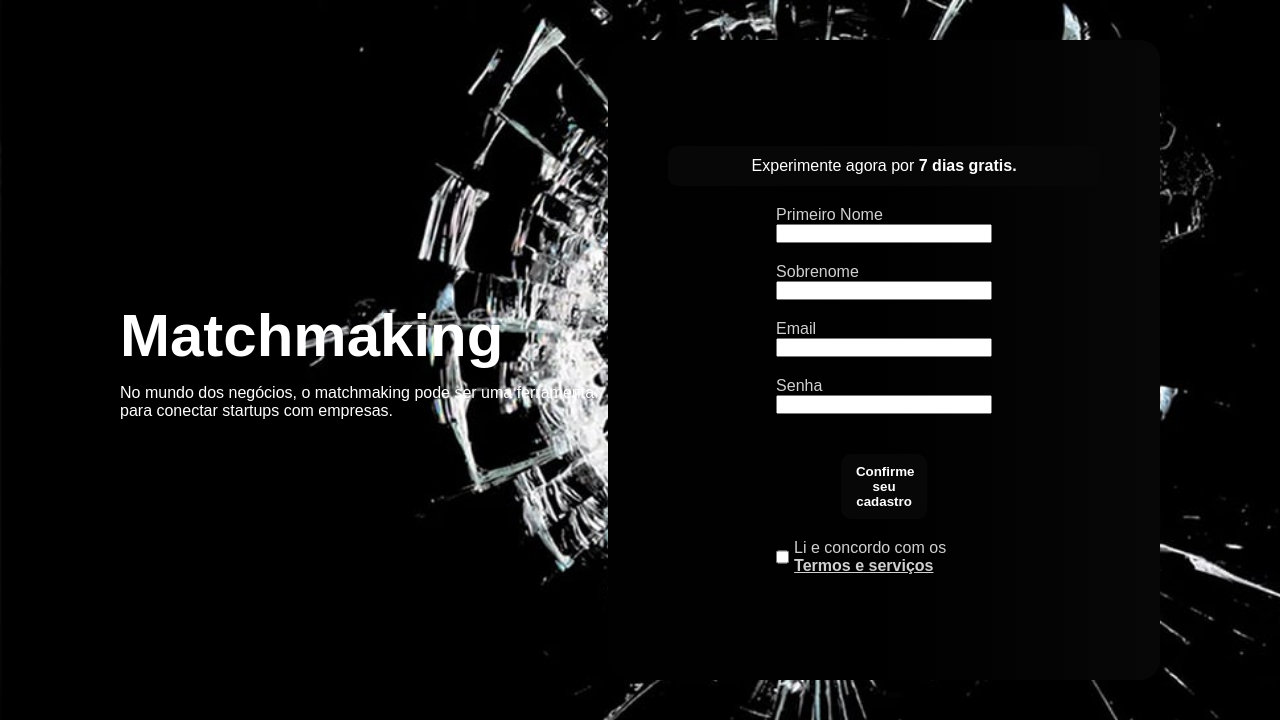
Repository: analessp/tela-login
Page: index.html
These files come from the project's save history. The page is drawn as it stood at one moment and after a run of saves; the edit follows.
The browser window is 1280 px wide. The pictures show the whole page.
Some web fonts or font styles are not loaded; a fallback is used.

Above is the page before, as saved 2025-04-16 12:06:23.

### index.html
<!DOCTYPE html>
<html lang="pt-br">
  <head>
    <meta charset="UTF-8" />
    <meta name="viewport" content="width=device-width, initial-scale=1.0" />
    <title>Tela de Login</title>
    <link rel="stylesheet" href="style.css" />
    <link rel="preconnect" href="https://fonts.googleapis.com" />
    <link rel="preconnect" href="https://fonts.gstatic.com" crossorigin />
    <link href="https://fonts.googleapis.com/css2?family=Nunito:ital,wght@0,200..1000;1,200..1000&family=Special+Gothic&display=swap" rel="stylesheet" />
  </head>
  <body>
    <main>
      <div class="container-left">
        <h1>Matchmaking</h1>
        <p>No mundo dos negócios, o matchmaking pode ser uma ferramenta para conectar startups com empresas.</p>
      </div>
      <div class="container-right">
        <a href="#" class="teste-gratis">
          <p>Experimente agora por <b>7 dias gratis.</b></p>
        </a>
        <div class="forms">
          <form>

            <div class="forms__info">
              <label for="name">
                <p>Primeiro Nome</p>
                <input id="name" type="text" />
              </label>
            </div>
            <div>
                <label for="lastname">
                    <p>Sobrenome</p>
                    <input id="lastname" type="text" />
                </label>
            </div>

            <div>
                <label for="email">
                    <p>Email</p>
                    <input id="email" type="email" />
                </label>
            </div>

            <div>
                <label for="password">
                    <p>Senha</p>
                    <input id="password" type="password" />
                </label>
            </div>

            <button type="submit">
                <p>Confirme seu cadastro</p>
            </button>
            <div class="terms">
                <input type="checkbox">
                <p>
                    Li e concordo com os <a href="#">Termos e serviços</a>
                </p>
            </div>
          </form>
        </div>
      </div>
    </main
  </body>
</html>

### style.css
* {
    margin: 0;
    padding: 0;
    box-sizing: border-box;
    width: 100%;
    font-family: "Special Gothic", sans-serif;
}

main {
    display: flex;
    background-image: url("./assets/background.jpg");
    background-repeat: no-repeat center center;
    background-size: cover;
    display: flex;
    height: 100vh;
    z-index: 0;
    padding: 40px 120px;
}

&::after {
    content: "";
    background: #1e130c;
    position: absolute;
    top: 0;
    left: 0;
    opacity: 0.9;
    width: 100%;
    height: 100%;
    z-index: -1;
}

.container-left {
    color: white;
    display: flex;
    justify-content: center;
    flex-direction: column;
    gap: 14px;
}

.container-left h1 {
    font-size: 60px;

    &:hover::after{
        cursor: pointer;
        content: "";
        position: absolute;
        bottom: 350px;
        left: 120px;
        background-color: #d0d0d0;
        height: 4px;
        width: 420px;
        transition-duration: 800ms;
        animation-name: left-to-right;
        animation-duration: 620ms;
        animation-iteration-count: 1;
        }
}

.container-right {
    background: #080707;
    background: linear-gradient(90deg, rgb(1, 1, 1) 0%, rgb(0, 0, 0) 50%, rgba(8, 7, 7, 1) 100%);
    display: flex;
    flex-direction: column;
    justify-content: center;
    align-items: center;
    padding: 0 60px;
    border-radius: 20px;
}

.teste-gratis {
    display: flex;
    justify-content: center;
    align-items: center;
    text-align: center;
    width: 100%;
    max-width: 460px;
    height: 40px;
    background-color: #080707;
    text-decoration: none;
    color: white;
    border-radius: 10px;
    margin-bottom: 20px;

    &:hover {
        transform: scale(1.1);
    }
}

.teste-gratis p{
text-align: center;
}

.forms {
    width: 50%;
}

.forms form {
    display: flex;
    flex-direction: column;
    gap: 20px;
    color: #d0d0d0;
}

.forms button {
    cursor: pointer;
    margin-top: 20px;
    border-radius: 10px;
    padding: 10px 15px;
    background-color: #080707;
    color: #fff;
    width: 40%;
    align-self: center;
    border: 0px;
    box-shadow: 1px 0.2px 0.5px #030303;
    font-weight: 580;
    transition-duration: 500ms;

    &:hover {
        transform: translate(300px)
    }
}

.terms {
    display: flex;
    justify-content: center;
    gap: 5px;
}

.terms input {
    width: fit-content;

}

.terms p{
    width: 100%;
}

.terms p a{
    width: fit-content;
    color: #d0d0d0;
    font-weight: 900;
}

@keyframes left-to-right {
0% {
    width: 0;
}
100% {
    width: 400px;
}
}

After the next 4 saves:
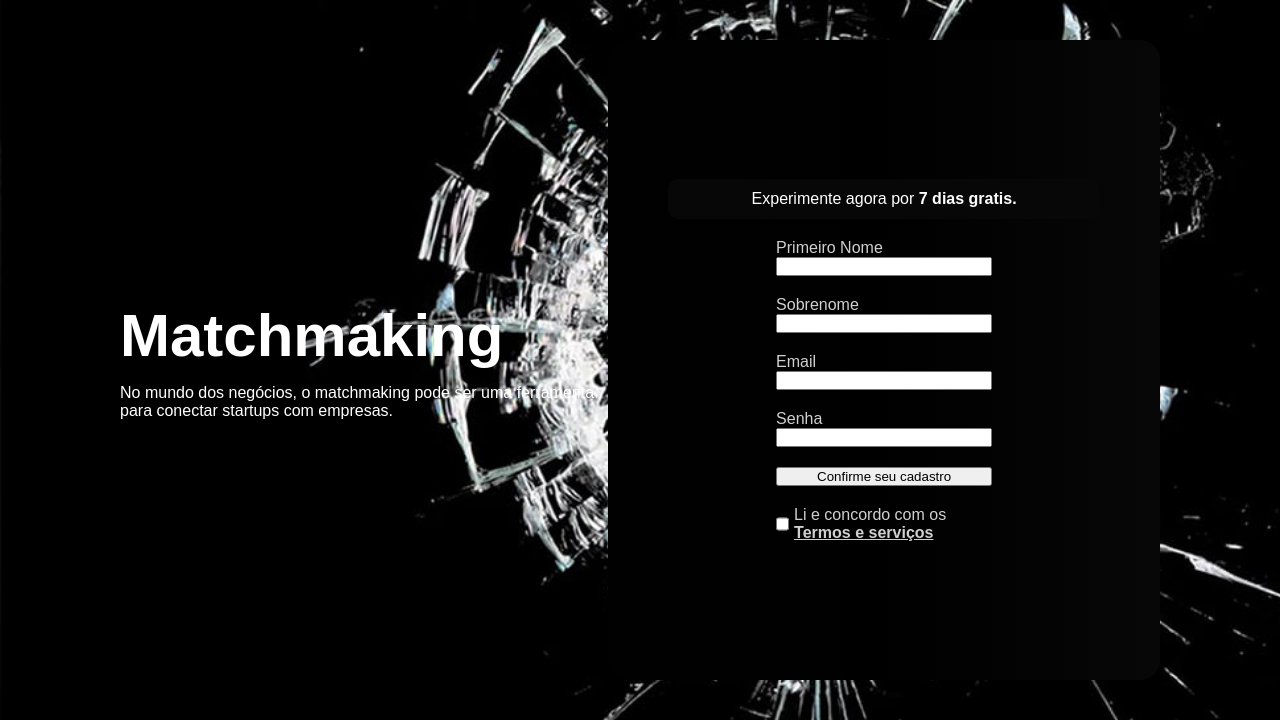
The 4 saves are shown as one change because they came seconds apart.
The last was saved 44 s later.
--- a/style.css
+++ b/style.css
@@ -101,6 +101,8 @@
     color: #d0d0d0;
 }
 
+.forms__
+
 .forms button {
     cursor: pointer;
     margin-top: 20px;

After the 3 saves that followed:
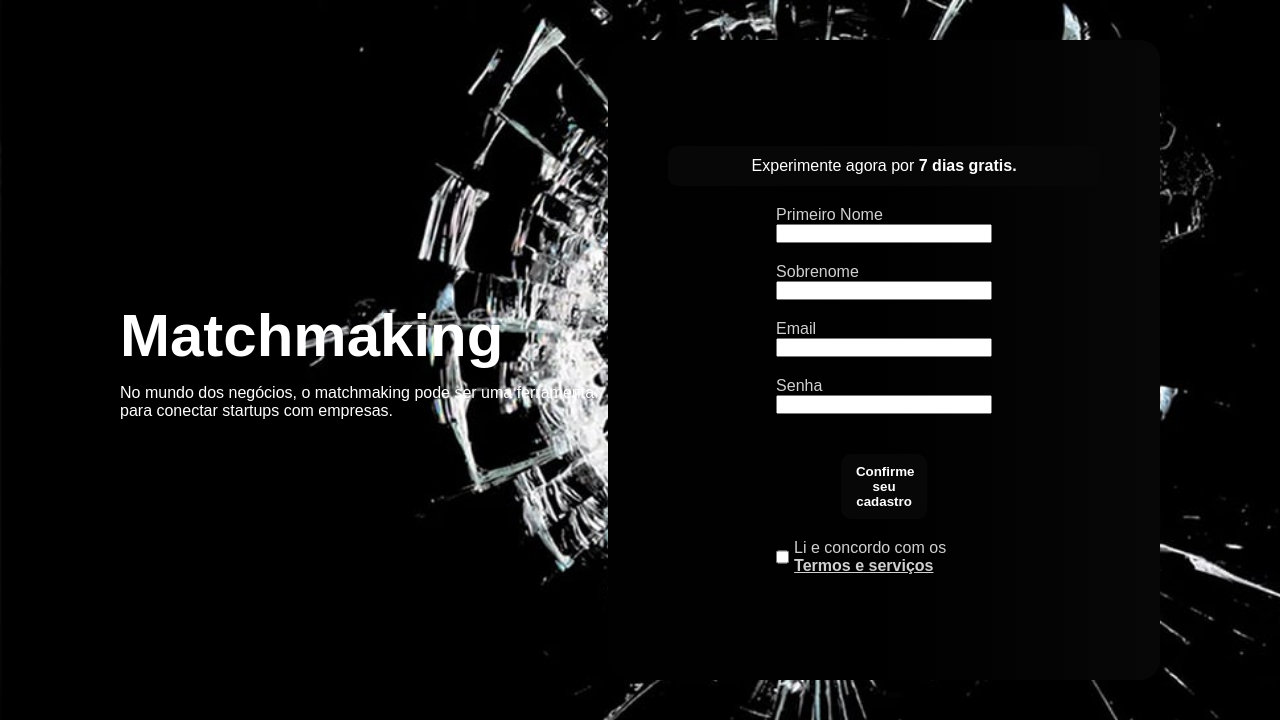
The 3 saves are shown as one change because they came seconds apart.
The last was saved 8 s later.
--- a/style.css
+++ b/style.css
@@ -101,7 +101,9 @@
     color: #d0d0d0;
 }
 
-.forms__
+.forms__info {
+    text-align: ;
+}
 
 .forms button {
     cursor: pointer;
